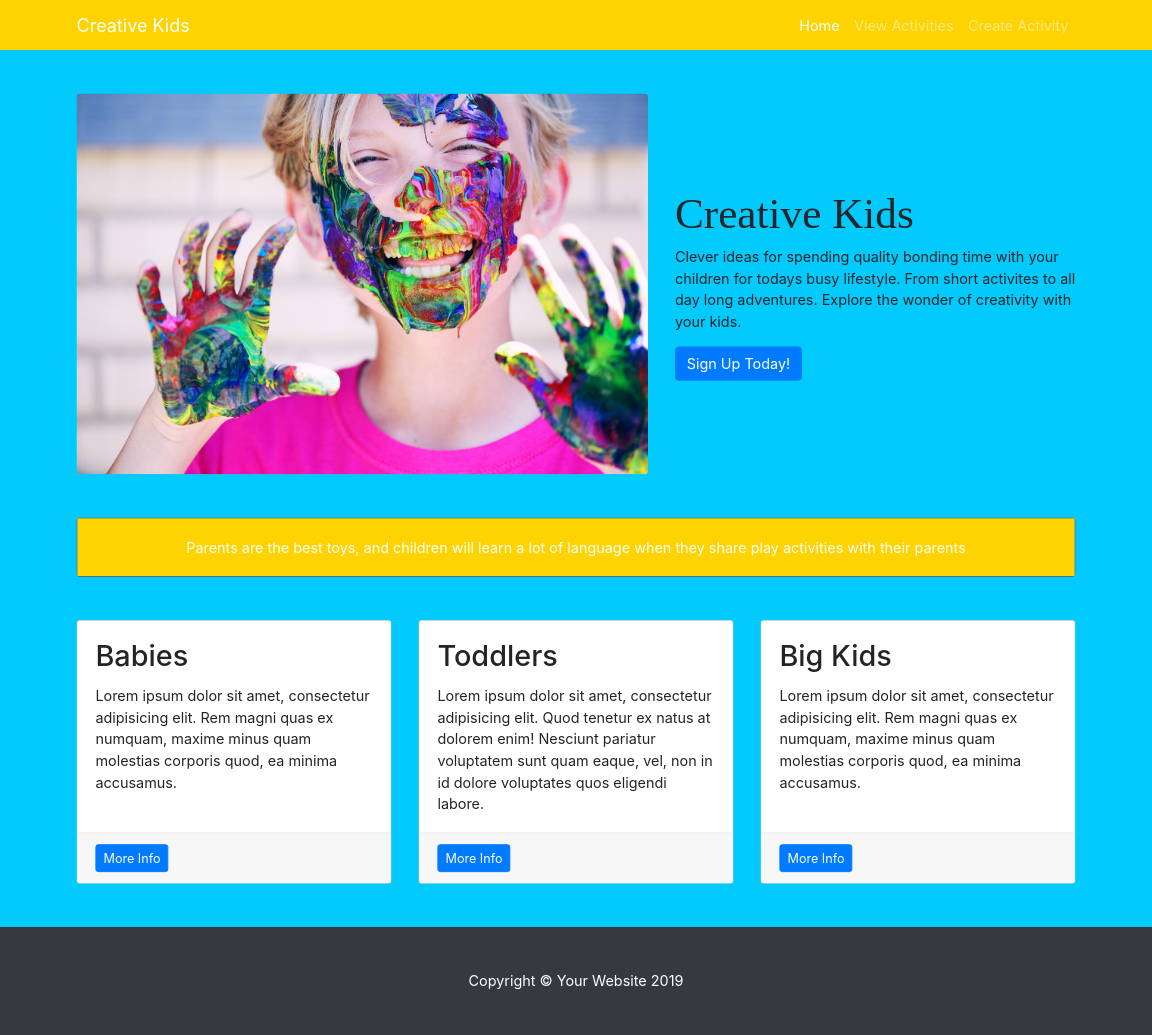
Repository: Neilfoster/milestone_project_3
Page: http://localhost/
The author's editor kept a record of every edit. The page is drawn from the files as they stood at one moment, then again after the next edit.
The browser window is 1280 px wide. The pictures show the whole page, at 90% of full size.
Some web fonts or font styles are not loaded; a fallback is used. Some web libraries are served in a nearby version. The page is served by the project's application, run on Flask 3 (app.py). Queries for data that is not in the repository find no rows.

Above is the page before.

### templates/home.html
{% extends "base.html" %}
{% block content %}

  <!-- Page Content -->
  <div class="container">

    <!-- Heading Row -->
    <div class="row align-items-center my-5">
      <div class="col-lg-7">
        <img class="img-fluid rounded mb-4 mb-lg-0" src="static/images/main-img.jpg" alt="kid with paint">
      </div>
      <!-- /.col-lg-8 -->
      <div class="col-lg-5">
        <h1 class="font-weight-light home_title">Creative Kids</h1>
        <p>Clever ideas for spending quality bonding time with your children for todays busy lifestyle. From short activites to all day long adventures. Explore the wonder of creativity with your kids.</p>
        <a class="btn btn-primary" href="#">Sign Up Today!</a>
      </div>
      <!-- /.col-md-4 -->
    </div>
    <!-- /.row -->

    <!-- Call to Action Well -->
    <div class="card text-white bg-secondary my-5  text-center">
      <div class="card-body cstm_jumb_home">
        <p class="text-white m-0">Parents are the best toys, and children will learn a lot of language when they share play activities with their parents</p>
      </div>
    </div>

    <!-- Content Row -->

    <div class="row">
      <div class="col-md-4 mb-5">
        <div class="card h-100">
          <div class="card-body">
            <h2 class="card-title">Babies</h2>
            <p class="card-text">Lorem ipsum dolor sit amet, consectetur adipisicing elit. Rem magni quas ex numquam, maxime minus quam molestias corporis quod, ea minima accusamus.</p>
          </div>
          <div class="card-footer">
            <a href="#" class="btn btn-primary btn-sm">More Info</a>
          </div>
        </div>
      </div>
      <!-- /.col-md-4 -->
      <div class="col-md-4 mb-5">
        <div class="card h-100">
          <div class="card-body">
            <h2 class="card-title">Toddlers</h2>
            <p class="card-text">Lorem ipsum dolor sit amet, consectetur adipisicing elit. Quod tenetur ex natus at dolorem enim! Nesciunt pariatur voluptatem sunt quam eaque, vel, non in id dolore voluptates quos eligendi labore.</p>
          </div>
          <div class="card-footer">
            <a href="#" class="btn btn-primary btn-sm">More Info</a>
          </div>
        </div>
      </div>
      <!-- /.col-md-4 -->
      <div class="col-md-4 mb-5">
        <div class="card h-100">
          <div class="card-body">
            <h2 class="card-title">Big Kids</h2>
            <p class="card-text">Lorem ipsum dolor sit amet, consectetur adipisicing elit. Rem magni quas ex numquam, maxime minus quam molestias corporis quod, ea minima accusamus.</p>
          </div>
          <div class="card-footer">
            <a href="#" class="btn btn-primary btn-sm">More Info</a>
          </div>
        </div>
      </div>
      <!-- /.col-md-4 -->

    </div>
    <!-- /.row -->

  </div>
  <!-- /.container -->

  {% endblock %}
</body>

</html>

### templates/base.html
<!DOCTYPE html>
<html lang="en">

<head>

  <meta charset="utf-8">
  <meta name="viewport" content="width=device-width, initial-scale=1, shrink-to-fit=no">
  <meta name="description" content="">
  <meta name="author" content="">

  <title>Creative Kids</title>

  <!-- Bootstrap core CSS -->
  <link href="static/css/bootstrap.min.css" rel="stylesheet">

  <!-- CDN for Bootstrap core CSS -->
  <!-- <link rel="stylesheet" href="https://stackpath.bootstrapcdn.com/bootstrap/4.3.1/css/bootstrap.min.css" type="text/css" /> -->

  <!-- Custom styles for this template -->
  <link href="static/css/small-business.css" rel="stylesheet">

  <!-- Custom styles-->
  <link href="static/css/style.css" rel="stylesheet">

  <!-- Google Fonts-->
  <link href="https://fonts.googleapis.com/css?family=Butterfly+Kids&display=swap" rel="stylesheet">

</head>

<body>

  <!-- Navigation -->
  <nav class="navbar navbar-expand-lg navbar-dark fixed-top cstmnav">
    <div class="container">
      <a class="navbar-brand" href="#">Creative Kids</a>
      <button class="navbar-toggler" type="button" data-toggle="collapse" data-target="#navbarResponsive" aria-controls="navbarResponsive" aria-expanded="false" aria-label="Toggle navigation">
        <span class="navbar-toggler-icon"></span>
      </button>
      <div class="collapse navbar-collapse" id="navbarResponsive">
        <ul class="navbar-nav ml-auto">
          <li class="nav-item active">
            <a class="nav-link" href="#">Home
              <span class="sr-only">(current)</span>
            </a>
          </li>
          <li class="nav-item">
            <a class="nav-link" href="#">View Activities</a>
          </li>
          <li class="nav-item">
            <a class="nav-link" href="#">Create Activity</a>
          </li>

        </ul>
      </div>
    </div>
  </nav>

  {% block content %} {% endblock %}



  <!-- Footer -->
  <footer class="py-5 bg-dark">
    <div class="container">
      <p class="m-0 text-center text-white">Copyright &copy; Your Website 2019</p>
    </div>
    <!-- /.container -->
  </footer>


  <!-- Bootstrap core JavaScript -->
  <script src="static/js/jquery.min.js"></script>
  <script src="static/js/bootstrap.bundle.min.js"></script>

<!-- Font Awesome js-->
  <script src="https://kit.fontawesome.com/8aa891fdce.js" crossorigin="anonymous"></script>
</body>

</html>

### app.py
import os
from flask import Flask, render_template, redirect, request, url_for
from flask_pymongo import PyMongo
from bson.objectid import ObjectId

app = Flask(__name__)

app.config["MONGO_DBNAME"] = 'milestoneproject3me'
app.config["MONGO_URI"] = os.environ.get('mongo_uri')

mongo = PyMongo(app)

@app.route('/')
@app.route('/home')
def get_activities():
    return render_template("home.html",
    activities=mongo.db.Activities.find())

@app.route('/activity_view')
def activity_view():
    return render_template('activity_view.html',
    activities=mongo.db.Activities.find().limit(6),
    ages=mongo.db.age.age_group.find(),
    durations=mongo.db.duration.activity_duration.find())

@app.route('/add_activity', methods=['POST', 'GET'])
def add_activity():
    return render_template('add_activity.html',
    ages=mongo.db.age.find(),
    durations=mongo.db.duration.activity_duration.find())

@app.route('/insert_activity', methods=['POST'])
def insert_activity():
    activities=mongo.db.Activities
    activities.insert_one(request.form.to_dict())
    return redirect(url_for('activity_view'))


if __name__ == "__main__":
    app.run(host=os.environ.get('IP'),
        port=int(os.environ.get('PORT')),
        debug=True)

### static/css/style.css
body {
    background-color: #03cafc;

}

.forum_text {
    margin-left: 1%;
}

.my_button{
    margin-bottom: 2%;
}

.cstmnav{
    background-color: #ffd300;
}

.cstm_jumb{
    border: 5px solid #ffd300;
    border-radius:1%;
    margin-top: 5%;
}

.cstm_select {
    border: 2px solid #ffd300;
    border-radius:1%;
    margin-top:1%;
    margin-bottom: 1%;
}

.cstm_card {
    border: 2px solid #ffd300;
    border-radius:1%;
    margin:1%;
}

.cstm_jumb_home{
    background-color: #ffd300;
}

.nav_txt {
    font-size:2rem;
    font-family: 'Butterfly Kids', cursive;
}

.home_title {
    font-family: 'Butterfly Kids', cursive;
    font-size:3rem;
}

.add_forum {
     border: 2px solid #ffd300;
    border-radius:1%;
}

.add_title {
    font-family: 'Butterfly Kids', cursive;
    font-size: 4rem;
}

Loaded but not shown: static/css/bootstrap.min.css (library); static/css/small-business.css (common file); static/js/jquery.min.js (library); static/js/bootstrap.bundle.min.js (library)

After the next edit:
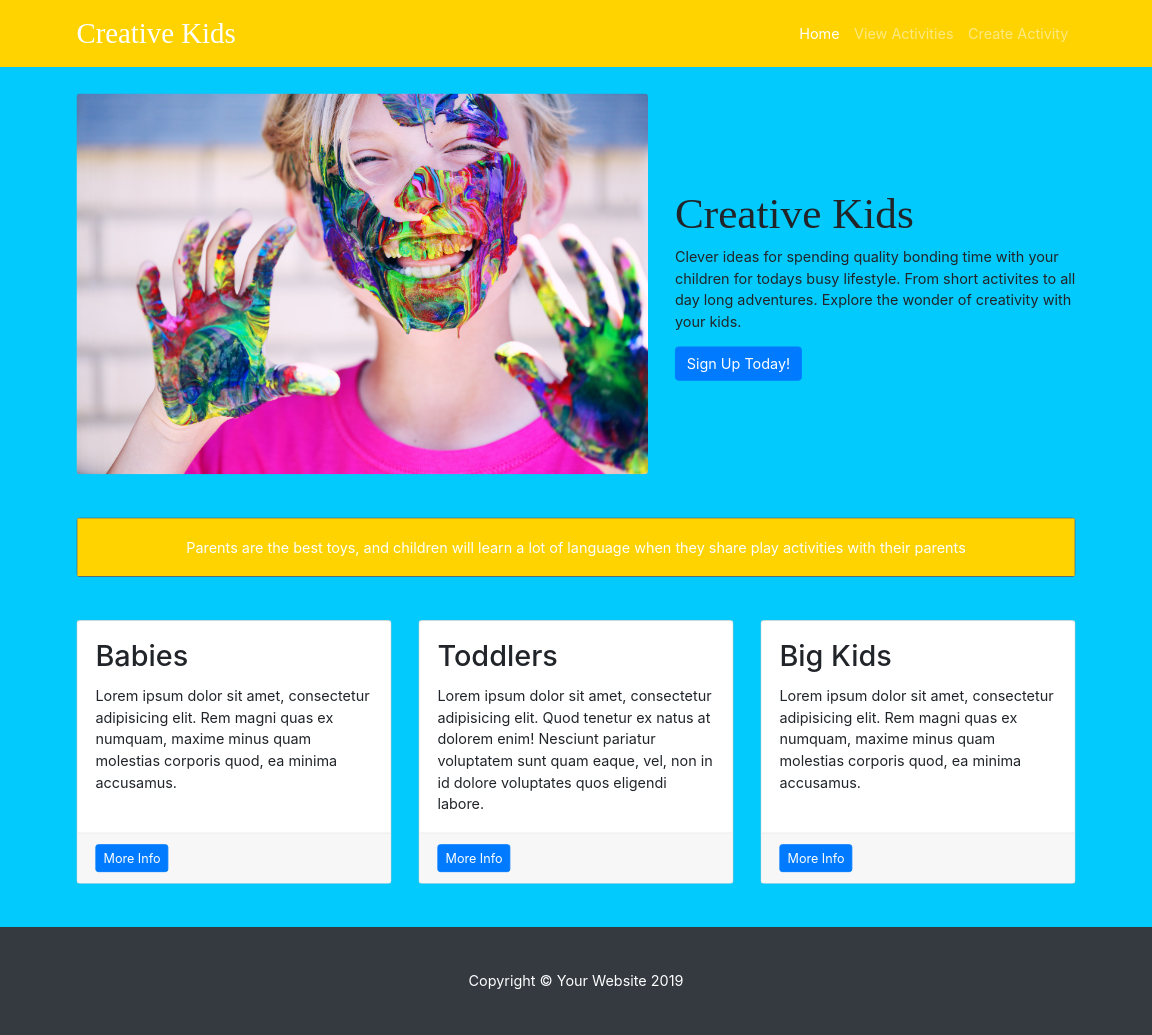
The edit:
--- a/templates/base.html
+++ b/templates/base.html
@@ -32,7 +32,7 @@
   <!-- Navigation -->
   <nav class="navbar navbar-expand-lg navbar-dark fixed-top cstmnav">
     <div class="container">
-      <a class="navbar-brand" href="#">Creative Kids</a>
+      <a class="navbar-brand nav_txt" href="{{url_for('activity_view')}}">Creative Kids</a>
       <button class="navbar-toggler" type="button" data-toggle="collapse" data-target="#navbarResponsive" aria-controls="navbarResponsive" aria-expanded="false" aria-label="Toggle navigation">
         <span class="navbar-toggler-icon"></span>
       </button>
